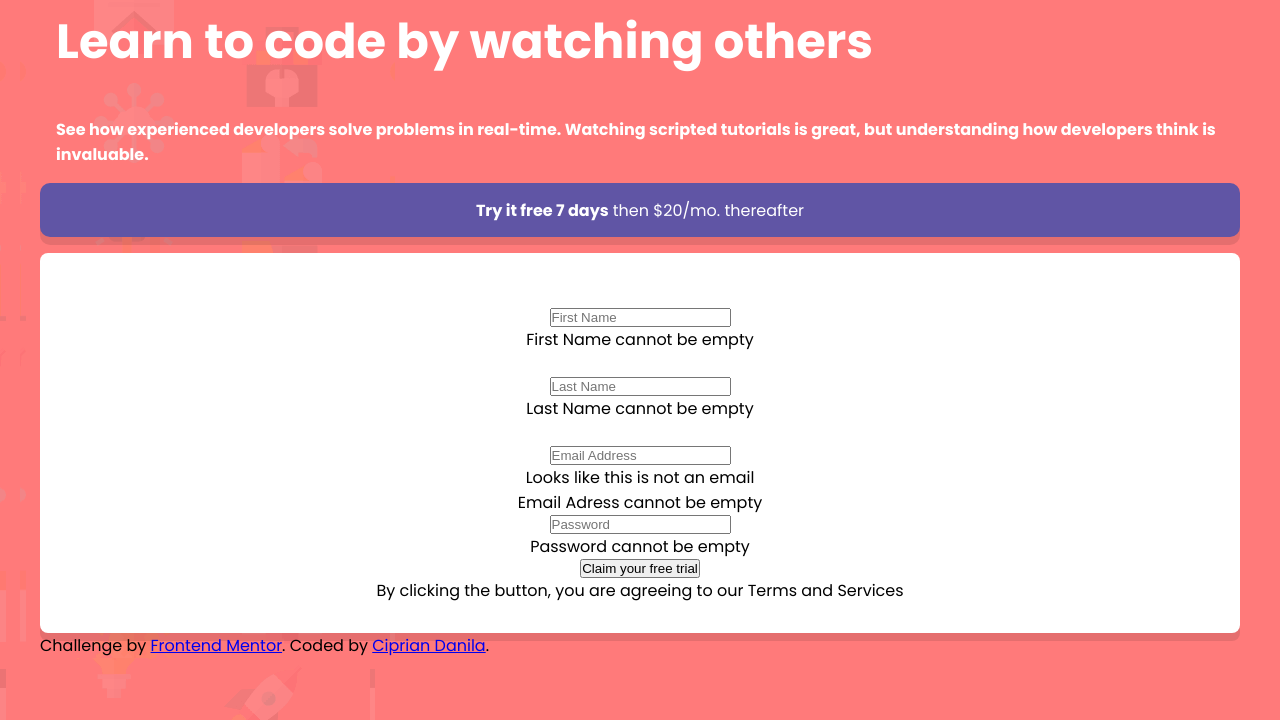
Repository: cipdanila/intro-component-with-sign-up-form
Page: index.html
The author's editor kept a copy of each file at every save. The page is drawn from the files as they stood at one save, then again after the next save.
The browser window is 1280 px wide. The pictures show the whole page.

Above is the page before, as saved 2024-02-14 19:01:05.

### index.html
<!DOCTYPE html>
<html lang="en">
    <head>
        <meta charset="UTF-8" />
        <meta name="viewport" content="width=device-width, initial-scale=1.0" />
        <!-- displays site properly based on user's device -->

        <link rel="icon" type="image/png" sizes="32x32" href="./images/favicon-32x32.png" />
        <link rel="stylesheet" href="css/styles.css" />
        <title>Frontend Mentor | Intro component with sign up form</title>
    </head>
    <body>
        <main>
            <div class="container">
                <section class="container-info">
                    <h1 class="learn-title">Learn to code by watching others</h1>
                    <p class="intro">
                        See how experienced developers solve problems in real-time. Watching scripted tutorials is great, but
                        understanding how developers think is invaluable.
                    </p>
                </section>
                <section class="container-form">
                    <h2 class="price-title"><span>Try it free 7 days</span> then $20/mo. thereafter</h2>
                    <div class="form">
                        <form action="" class="register-form">
                            <label for="fname"> </label><br />
                            <input type="text" name="fname" id="fname" class="input-field" placeholder="First Name" required />
                            <span class="error-message" id="fname-error">First Name cannot be empty</span>
                            <label for="lname"> </label><br />
                            <input type="text" name="lname" id="lname" placeholder="Last Name" required />
                            <span class="error-message" id="lname-error">Last Name cannot be empty</span>
                            <label for="email"> </label><br />
                            <input type="email" name="email" id="email" placeholder="Email Address" required />
                            <span class="error-message" id="email-error">Looks like this is not an email</span>
                            <span class="error-message" id="email-error2">Email Adress cannot be empty</span>
                            <label for="password"></label>
                            <input type="password" name="password" id="password" placeholder="Password" required />
                            <span class="error-message" id="password-error">Password cannot be empty</span>
                            <button type="submit" id="login-button">Claim your free trial</button>
                            <p>By clicking the button, you are agreeing to our <span class="terms">Terms and Services</span></p>
                        </form>
                    </div>
                </section>
            </div>
        </main>

        <footer>
            <div class="attribution">
                Challenge by
                <a
                    href="https://www.frontendmentor.io/challenges/intro-component-with-signup-form-5cf91bd49edda32581d28fd1/hub"
                    target="_blank"
                    rel="noopener noreferer"
                    >Frontend Mentor</a
                >. Coded by <a href="https://github.com/cipdanila" target="_blank" rel="noopener noreferer">Ciprian Danila</a>.
            </div>
        </footer>
    </body>
</html>

### css/styles.css
@import url("https://fonts.googleapis.com/css2?family=Poppins:wght@400;500;600;700&display=swap");

:root {
    /* Colors */
    /* Primary */
    --red: hsl(0, 100%, 74%);
    --green: hsl(154, 59%, 51%);
    /* Accent */
    --blue: hsl(248, 32%, 49%);
    /* Neutral */
    --dark-blue: hsl(249, 10%, 26%);
    --grayish-blue: hsl(246, 25%, 77%);
    --white: #fff;
    /* Other variables */
    --font-size-base: 1rem; /* 16px */
    --font-weight-base: 400;
}

*,
*::after,
*::before {
    margin: 0;
    padding: 0;
    box-sizing: border-box;
}

body,
html {
    font-family: "Poppins", sans-serif;
    font-size: var(--font-size-base);
    font-weight: var(--font-weight-base);
    background: var(--red) url(/images/bg-intro-mobile.png) no-repeat;
    padding: 0 1.25rem;
}

.learn-title {
    font-size: 3rem;
    font-weight: 700;
    color: #fff;
    line-height: 3.3rem;
    padding: 1rem;
    margin-bottom: 1rem;
}

.intro {
    color: var(--white);
    padding: 1rem;
    font-weight: 700;
}

.price-title {
    width: 100%;
    font-size: 1rem;
    font-weight: 400;
    background-color: var(--blue);
    color: var(--white);
    box-shadow: rgba(0, 0, 0, 0.1) 0px 0.5rem;
    display: flex;
    align-items: center;
    justify-content: center;
    padding: 0.928rem;
    border-radius: 0.625rem;
    margin-bottom: 1rem;
}


.price-title > span {
    font-weight: 700;
    margin-right: 0.25rem;
}

.register-form {
    background-color: var(--white);
    padding: 1.875rem;
    border-radius: 0.5rem;
    box-shadow: rgba(0, 0, 0, 0.1) 0px 0.5rem;
    display: flex;
    flex-direction: column;
    align-items: center;
    justify-content: center;
}

/*
main {
    display: flex;
    justify-content: center;
    align-items: center;
    height: 100vh;
    background-color: var(--red);
    background-image: url("./images/bg-intro-desktop.png");
    background-size: cover;
    background-position: center;
    width: 100%;
}

.container {
    min-height: 100vh;
    display: flex;
    flex-direction: row;
    align-items: center;
    justify-content: center;
    padding: 5rem;
}

section {
    max-width: 100%;
    width: 50%;
    display: flex;
    flex-direction: column;
    align-items: center;
    justify-content: center;
    padding: 2rem;
}

input[type="text"],
input[type="email"],
input[type="password"] {
    width: calc(100% - 1.125rem);
    padding: 1.125rem;
    margin-bottom: 1.200rem;
    border-radius: 5px;
    border: 1px solid #ccc;
    color: var(--dark-blue);
    font-size: 1rem;
    font-weight: 700;
    text-indent: 0.75rem;
}

input {
    border-style: none;
    outline: none;
}

input:focus {
    border: 1px solid var(--blue);
}

.input-field {
    border: 1px solid var(--dark-blue);
}

.input-field.input-error {
    border-color: var(--red);
}

.input-field.input-error::after {
    content: "";
    position: absolute;
    top: 50%;
    right: 10px;
    transform: translateY(-50%);
    width: 10px;
    height: 10px;
    background-image: url(./images/icon-error.svg);
    background-size: contain;
    background-color: var(--red);
    border-radius: 50%;
}

.error-message {
    display: none;
    color: var(--red);
    font-size: 12px;
    margin-top: 5px;
}

.error-message.show {
    display: block;
}

button {
    background-color: var(--green);
    color: #fff;
    cursor: pointer;
    width: calc(100% - 1.25rem);
    padding: 1.125rem;
    margin-bottom: 1.200rem;
    border-radius: 5px;
    border: 1px solid #ccc;
    font-size: 1rem;
    font-weight: 700;
    text-transform: uppercase;
}

button:hover {
    background-color: hsl(154, 59%, 68%);
    cursor: pointer;
}

form p {
    color: var(--grayish-blue);
    font-size: 0.7rem;
    font-weight: 700;
    letter-spacing: -0.016rem;
    display: flex;
    align-items: center;
    justify-content: center;
}

.terms {
    color: var(--red);
    padding-left: 4px;
    font-weight: 700;
}

footer {
    margin-top: 20px;
    text-align: center;
}

.attribution {
    font-size: 11px;
    text-align: center;
}

.attribution a {
    color: hsl(228, 45%, 44%);
}

/* @media (max-width: 650px) {
    main {
        height: auto;
    }
    .container {
        width: 100%;
        flex-direction: column;
        padding: 1rem;
    }
    section {
        width: 100%;
        padding: 1rem;
    }

    .learn {
        font-size: 1.6rem;
        line-height: normal;
        margin: 3rem;
        padding: 1rem;
    }
} */
/*
@media screen and (max-width: 768px) {
    .container {
        flex-direction: column;
        text-align: center;
        padding: 3rem;
    }

    section {
        width: 100%;
    }

    .container-form {
        margin-bottom: 5rem;
        margin-right: 0;
    }
} */

After the next save:
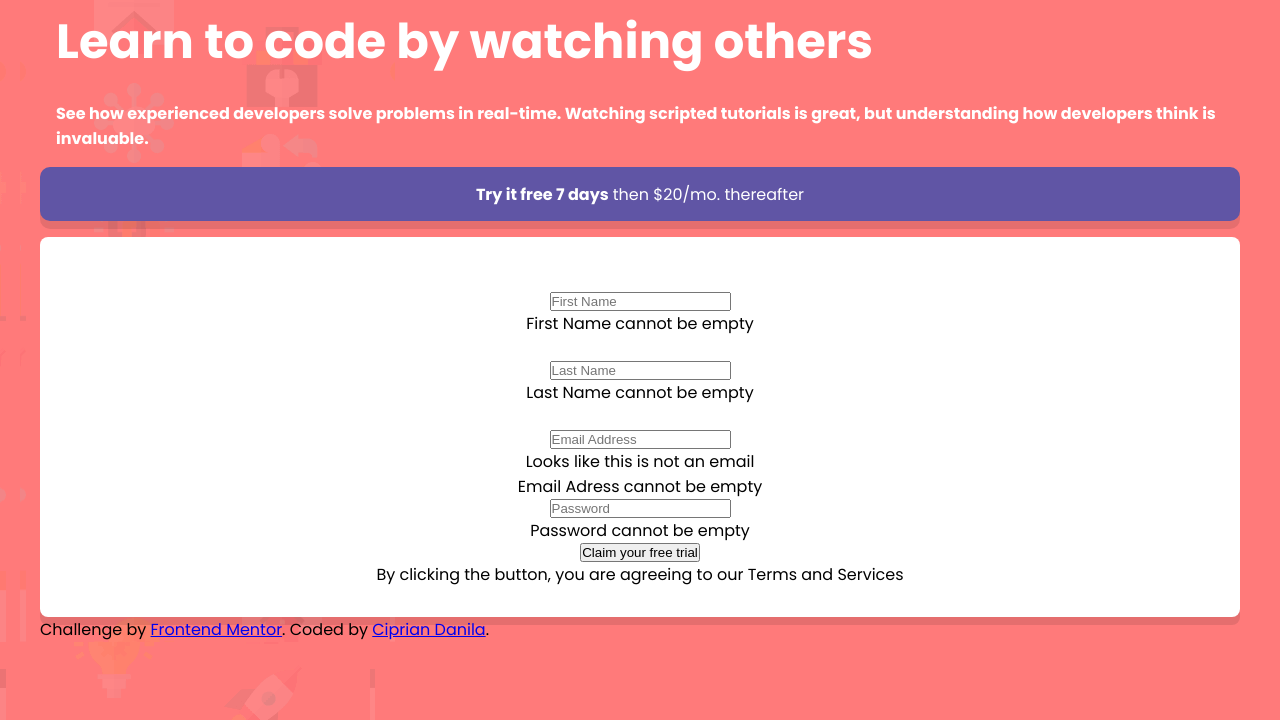
Saved 11 s later.
--- a/css/styles.css
+++ b/css/styles.css
@@ -39,7 +39,6 @@
     color: #fff;
     line-height: 3.3rem;
     padding: 1rem;
-    margin-bottom: 1rem;
 }
 
 .intro {

After the save that followed:
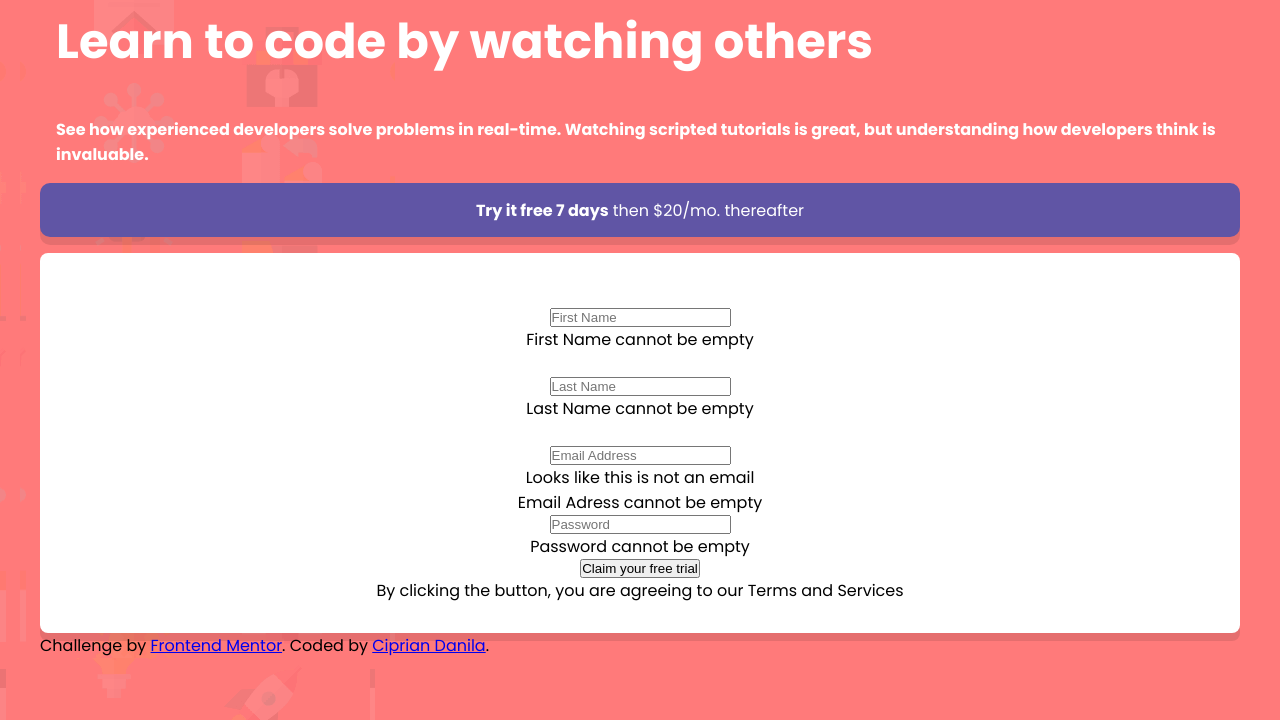
Saved 13 s later.
--- a/css/styles.css
+++ b/css/styles.css
@@ -39,12 +39,14 @@
     color: #fff;
     line-height: 3.3rem;
     padding: 1rem;
+    margin-bottom: 1rem;
 }
 
 .intro {
     color: var(--white);
     padding: 1rem;
     font-weight: 700;
+    margin-bottom: ;
 }
 
 .price-title {
